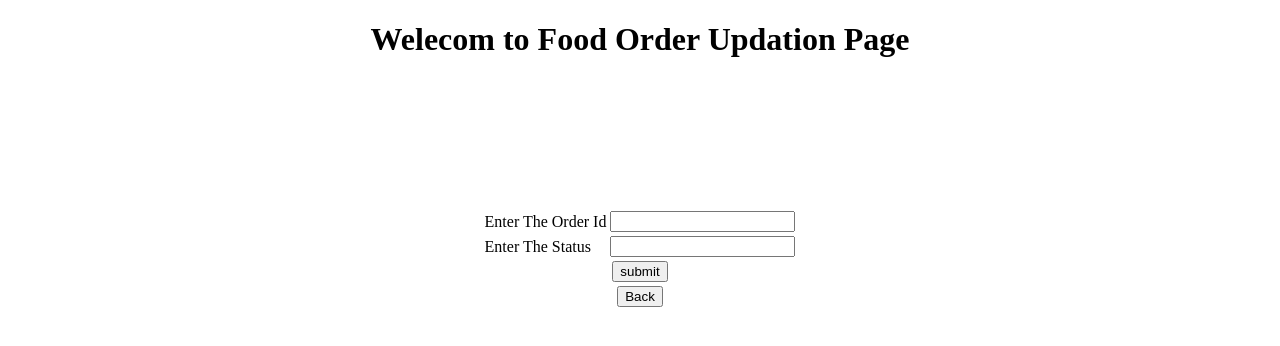
Repository: Jeevith-U/Advance-Java
Page: http://localhost/Food_App/updatefoodorder.jsp
These files come from the project's save history. The page is drawn as it stood at one moment and after the next save; the edit follows.
The browser window is 1280 px wide. The pictures show the whole page.
The page is served by Tomcat 9.

Above is the page before, as saved 2023-08-23 16:13:50.

After the next save:
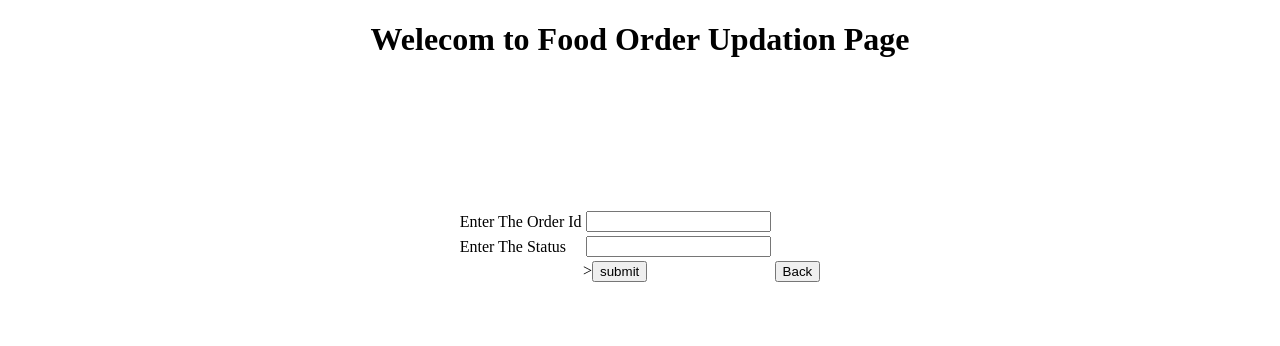
Saved 6 min 20 s later.
--- a/Projects/Food_App/src/main/webapp/updatefoodorder.jsp
+++ b/Projects/Food_App/src/main/webapp/updatefoodorder.jsp
@@ -29,9 +29,9 @@
                 <td><label for="status">Enter The Status</label></td>
                 <td><input type="text" id="status" name="status"></td>
             </tr>
-            <tr><td colspan="2px" align="center"><input type="submit" value="submit"></td>
+            <tr><td <!-- colspan="2px" align="center" -->><input type="submit" value="submit"><td colspan="2px" align="center"><a href="staff.jsp"><button>Back</button></a></td></td>
             </tr>
-             <td colspan="2px" align="center"><a href="staff.jsp"><button>Back</button></a></td>
+
         </table>
     </form>
 </body>
